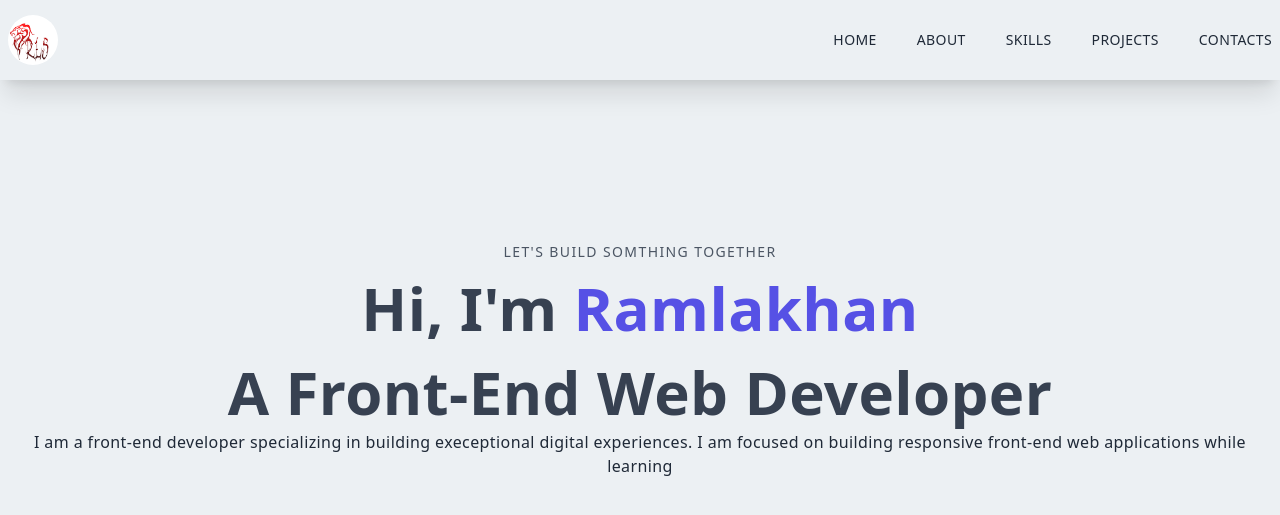
Repository: ram2642/portfolio-using-next-js
Page: /
These files come from the project's save history. The page is drawn as it stood at one moment and after a run of saves; the edit follows.
The browser window is 1280 px wide. The pictures show the whole page.
The project was rebuilt for these pictures with package versions that can differ from the ones it lists, and the page was loaded fresh each time. The framework's server and built-in components were replaced by stand-ins that run in the browser. Also part of the build but not shown: next.config.js.

Above is the page before, as saved 2022-09-04 01:56:25.

After the next 2 saves:
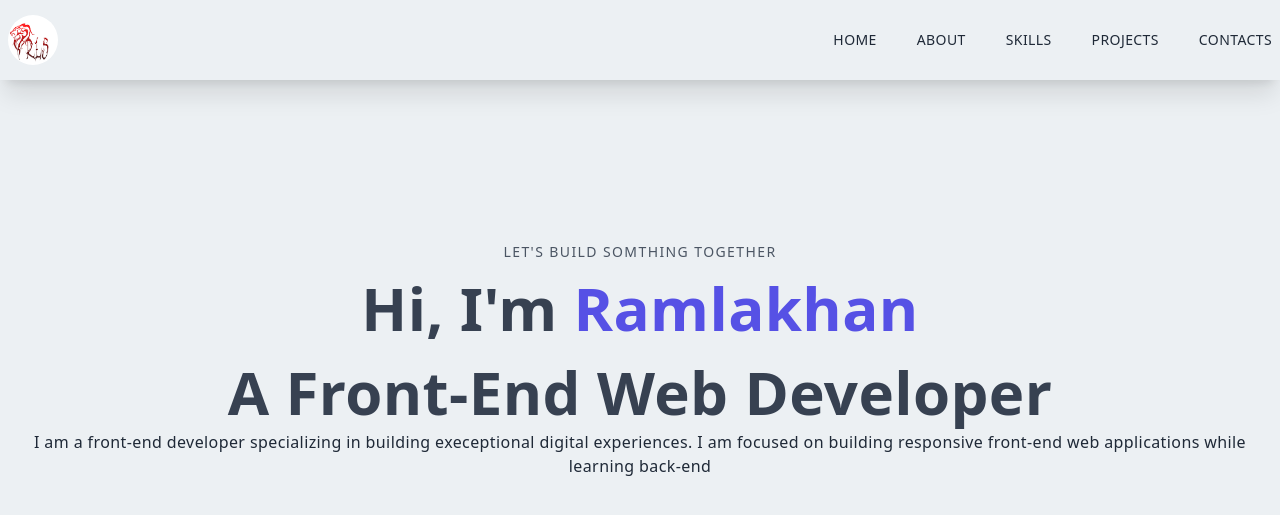
The 2 saves are shown as one change because they came seconds apart.
The last was saved 7 s later.
--- a/components/Main.jsx
+++ b/components/Main.jsx
@@ -13,7 +13,7 @@ const Main = () => {
         A Front-End Web Developer
       </h1>
       <p>
-        I am a front-end developer specializing in building execeptional digital experiences. I am focused on building responsive front-end web applications while learning
+        I am a front-end developer specializing in building execeptional digital experiences. I am focused on building responsive front-end web applications while learning back-end
       </p>
     </div>
 
